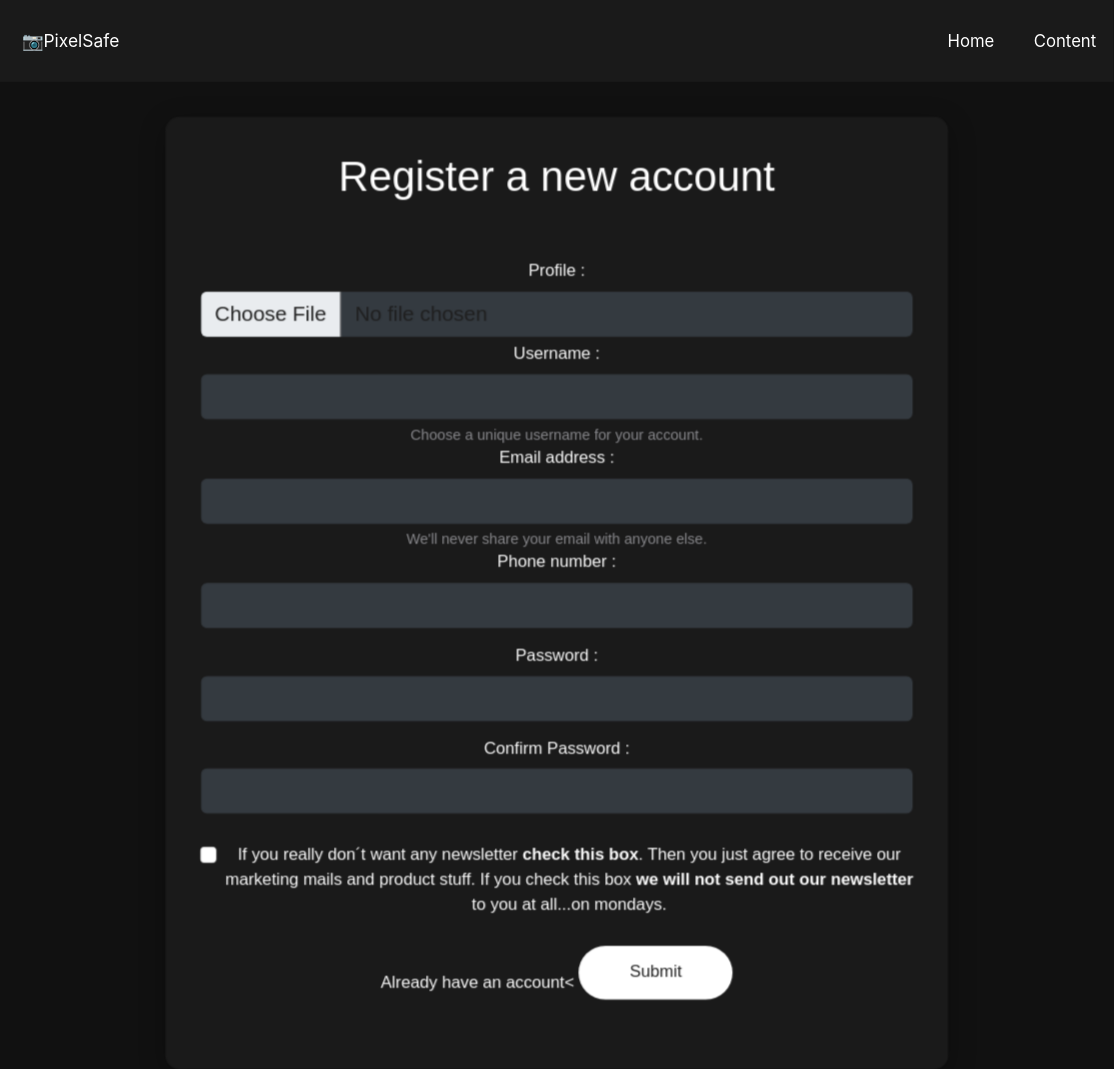
Repository: Shejilum/PIXELSAFE-Stegnography
Page: stegnograapp/templates/register.html
An editor plug-in stored every save of this project. The page is shown before and after the next save, followed by the edit.
The browser window is 1280 px wide. The pictures show the whole page, at 87% of full size.
The template is drawn by Django 5.2. The application's start-up code is not run. Other server files are loaded and not shown. The template is opened directly, without the code that normally fills it, so the values that code supplies are empty.

Above is the page before, as saved 2025-10-08 16:29:37.

### stegnograapp/templates/register.html
{% load static %}
<!doctype html>
<html class="h-100" lang="en">

  <head>
  <meta charset="utf-8">
  <meta name="viewport" content="width=device-width,initial-scale=1,shrink-to-fit=no">
  <meta name="description" content="A well made and handcrafted Bootstrap 5 template">
  <link rel="apple-touch-icon" sizes="180x180" href="img/apple-touch-icon.png">
  <link rel="icon" type="image/png" sizes="32x32" href="img/favicon-32x32.png">
  <link rel="icon" type="image/png" sizes="16x16" href="img/favicon-16x16.png">
  <link rel="icon" type="image/png" sizes="96x96" href="img/favicon.png">
  <meta name="author" content="Holger Koenemann">
  <meta name="generator" content="Eleventy v2.0.0">
  <meta name="HandheldFriendly" content="true">
  <style>
  body {
    background: #D6E6FF;
    margin: 0;
    font-family: Arial, sans-serif;
    display: flex;
    flex-direction: column;
    height: 100vh;
  }
    .middle-panel {
      font-family: Arial, sans-serif;
    align-self: center;
    background-color: #1a1a1a;
    backdrop-filter: blur(10px); /* Blur effect for premium look */
    padding: 40px;
    border-radius: 16px;
    width: 900px;
    max-width: 90%;
    text-align: center;
    box-shadow: 0 8px 32px rgba(0, 0, 0, 0.3);
    margin: 40px 0;
    transition: transform 0.5s ease, box-shadow 0.3s ease;
    }
    .navbar {
            background-color: #1a1a1a;
            color: white;
            padding: 10px 20px;
            display: flex;
            align-items: center;
        }
        .navbar .logo {
            font-size: 20px;
            margin-left: 20px;
        }
        .navbar .logo::before {
            content: "📷";
            margin-left: 5px;
        }
        .navbar nav a {
            color: white;
            text-decoration: none;
            margin: 0 20px;
        }
  </style>
  <title>Register a new account</title>
  <link rel="stylesheet" href="{% static 'css/theme.min.css' %}">
  </head>
  <body class="d-flex h-100 w-100 bg-black text-white" data-bs-spy="scroll" data-bs-target="#navScroll" style="background-color: linear-gradient(45deg, #ffffff, #4A90E2);">
    <div class="navbar">
        <div class="logo"><a href="/index/" style="text-decoration: none; color:rgb(255, 255, 255)">PixelSafe</a></div>
        <nav>
            <a href="/main/" align="center">Home</a>
            <a href="/content/" align="center">Content</a>
        </nav>
    </div>
  <div class="middle-panel">
  </header>
  <main class="mb-auto col-12">
  <h1>Register a new account</h1><br><br>
<form class="row" method="post">
  {% csrf_token %}
  <div class="col-12">
    <div class="mb-3">
      <label for="Profilepicture" class="form-label">Profile : </label>
      <input type="file" class="form-control form-control-lg bg-gray-800 border-dark" id="Profilepicture" aria-describedby="ProfileHelp" name="image">
      <div id="usernameHelp" class="form-text"></div>
  <div class="mb-3">
    <div class="mb-3">
      <label for="exampleInputusername" class="form-label">Username : </label>
      <input type="text" class="form-control form-control-lg bg-gray-800 border-dark" id="exampleInputusername" aria-describedby="usernameHelp" name="username">
      <div id="usernameHelp" class="form-text">Choose a unique username for your account.</div>
  <div class="mb-3">
    <label for="exampleInputEmail1" class="form-label">Email address : </label>
    <input type="email" class="form-control form-control-lg bg-gray-800 border-dark" id="exampleInputEmail1" aria-describedby="emailHelp" name="email">
    <div id="emailHelp" class="form-text">We'll never share your email with anyone else.</div>
    <div class="mb-3">
    <label for="phonenumber" class="form-label">Phone number : </label>
    <input type="text" class="form-control form-control-lg bg-gray-800 border-dark" id="phonenumber" name="phone">
  </div>
  <div class="mb-3">
    <label for="exampleInputPassword1" class="form-label">Password : </label>
    <input type="password" class="form-control form-control-lg bg-gray-800 border-dark" id="exampleInputPassword1" name="password">
  </div>
  <div class="mb-3">
    <label for="exampleconfirmpassword" class="form-label">Confirm Password : </label>
    <input type="password" class="form-control form-control-lg bg-gray-800 border-dark" id="exampleconfirmpassword" name="confirmpassword">
  </div>
  <div class="mb-3 form-check py-3">
    <input type="checkbox" class="form-check-input" id="exampleCheck1">
    <label class="form-check-label" for="exampleCheck1">If you really don´t want any newsletter <strong>check this box</strong>. Then you just agree to receive our marketing mails and product stuff. If you check this box <strong>we will not send out our newsletter</strong> to you at all...on mondays.</label>
  </div>
  Already have an account<
  <button type="submit" class="btn btn-white btn-xl mb-4">Submit</button>
</div>
</div>
</div>
</form>
</main>
</body>
</html>

Loaded but not shown: stegnograapp/static/css/theme.min.css (library)

After the next save:
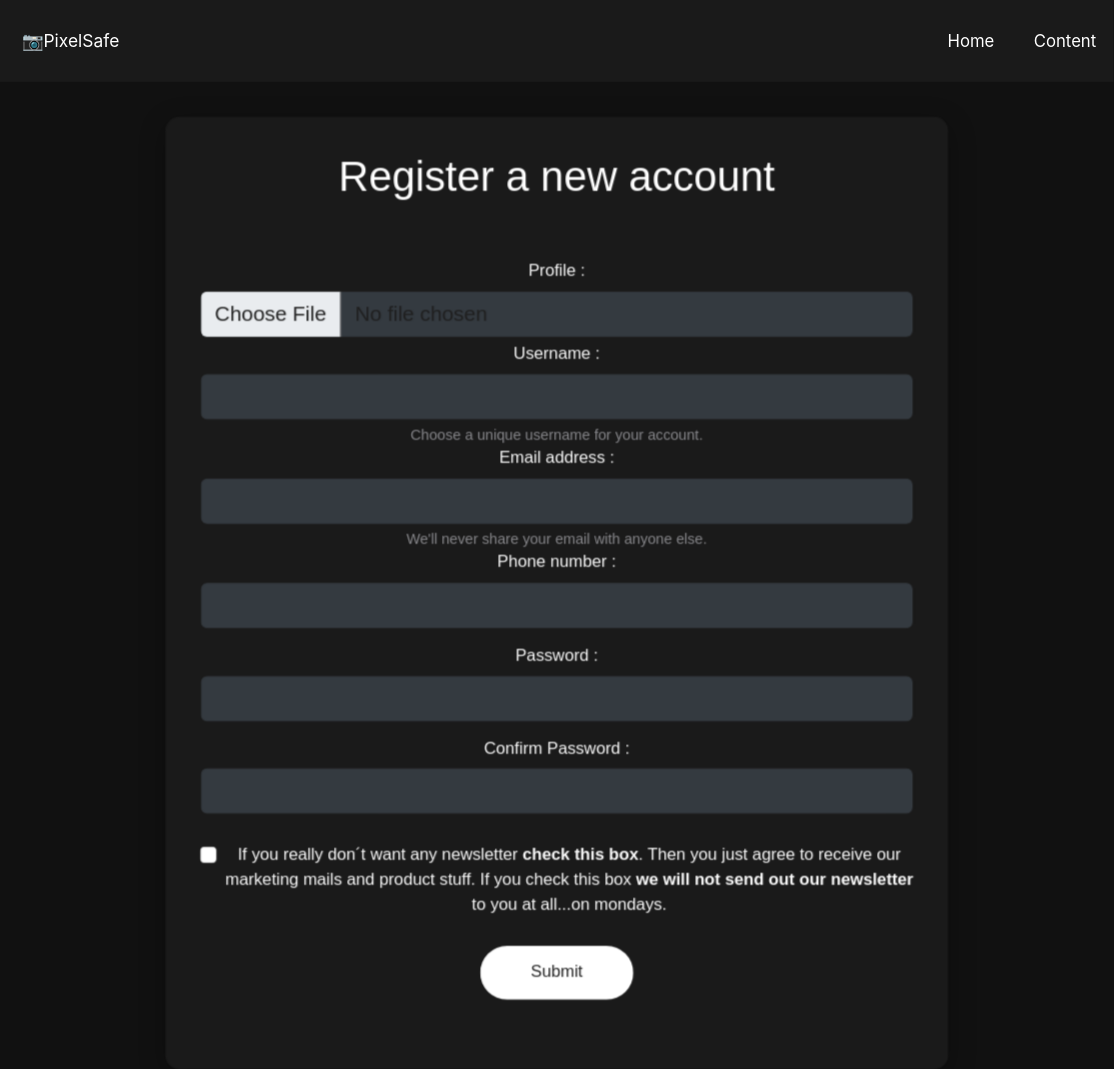
Saved 5 s later.
--- a/stegnograapp/templates/register.html
+++ b/stegnograapp/templates/register.html
@@ -104,7 +104,7 @@
     <input type="checkbox" class="form-check-input" id="exampleCheck1">
     <label class="form-check-label" for="exampleCheck1">If you really don´t want any newsletter <strong>check this box</strong>. Then you just agree to receive our marketing mails and product stuff. If you check this box <strong>we will not send out our newsletter</strong> to you at all...on mondays.</label>
   </div>
-  Already have an account<
+
   <button type="submit" class="btn btn-white btn-xl mb-4">Submit</button>
 </div>
 </div>

After the save that followed:
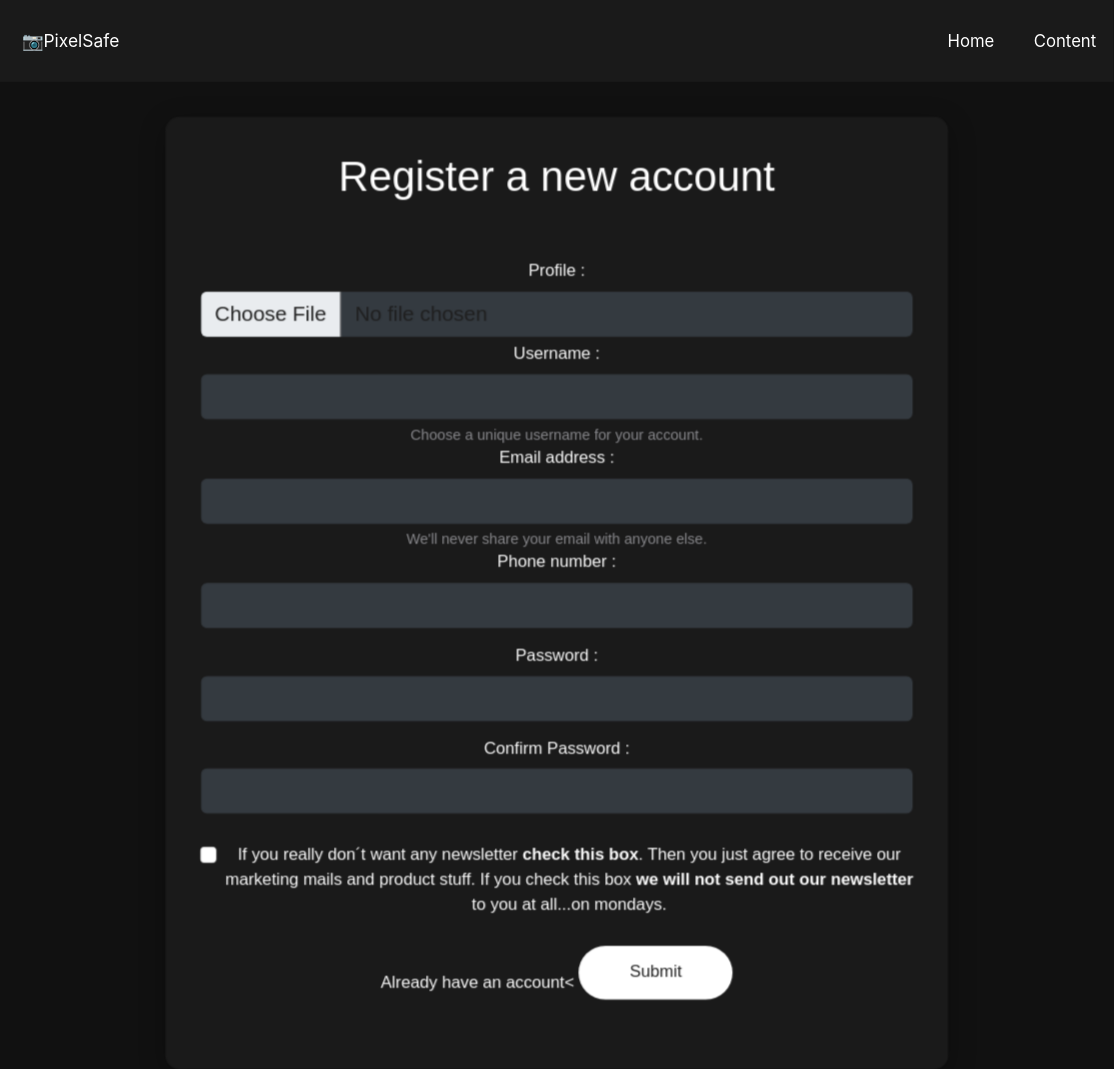
Saved 9 s later.
--- a/stegnograapp/templates/register.html
+++ b/stegnograapp/templates/register.html
@@ -104,7 +104,7 @@
     <input type="checkbox" class="form-check-input" id="exampleCheck1">
     <label class="form-check-label" for="exampleCheck1">If you really don´t want any newsletter <strong>check this box</strong>. Then you just agree to receive our marketing mails and product stuff. If you check this box <strong>we will not send out our newsletter</strong> to you at all...on mondays.</label>
   </div>
-
+  Already have an account<
   <button type="submit" class="btn btn-white btn-xl mb-4">Submit</button>
 </div>
 </div>
